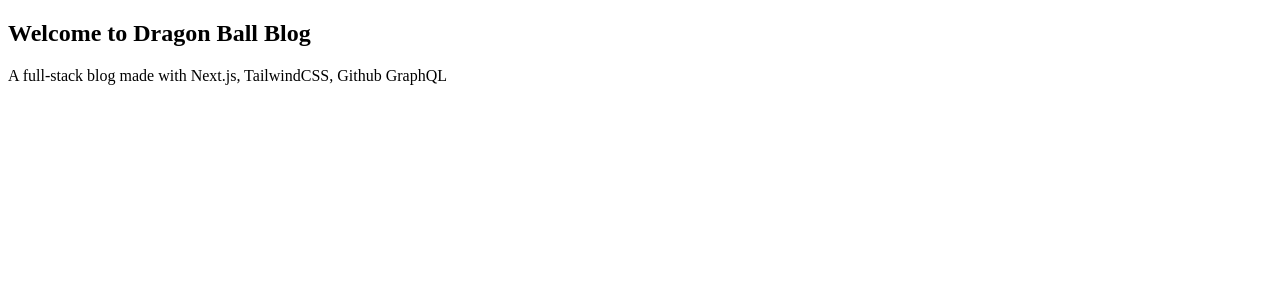
Repository: CarsonDev1/Blog-next
Page: /
These files come from the project's save history. The page is drawn as it stood at one moment and after the next save; the edit follows.
The browser window is 1280 px wide. The pictures show the whole page.
The project was rebuilt for these pictures with package versions that can differ from the ones it lists, and the page was loaded fresh each time. The framework's server and built-in components were replaced by stand-ins that run in the browser. Also part of the build but not shown: next.config.js.

Above is the page before, as saved 2023-04-24 21:13:47.

### pages/index.tsx
export default function Home() {
  return (
    <main className="w-screen h-screen overflow-auto flex flex-col items-center bg-zinc-800 text-neutral-300 font-poppins">
      <title>Home Page</title>
      <section>
        <div className="mt-3 text-center">
          <h1 className="text-[3rem]"> Welcome to Dragon Ball Blog </h1>
          <p>
            A full-stack blog made with Next.js, TailwindCSS, Github GraphQL
          </p>
        </div>
      </section>
    </main>
  )
}

Loaded but not shown: pages/_document.tsx (common file)

After the next save:
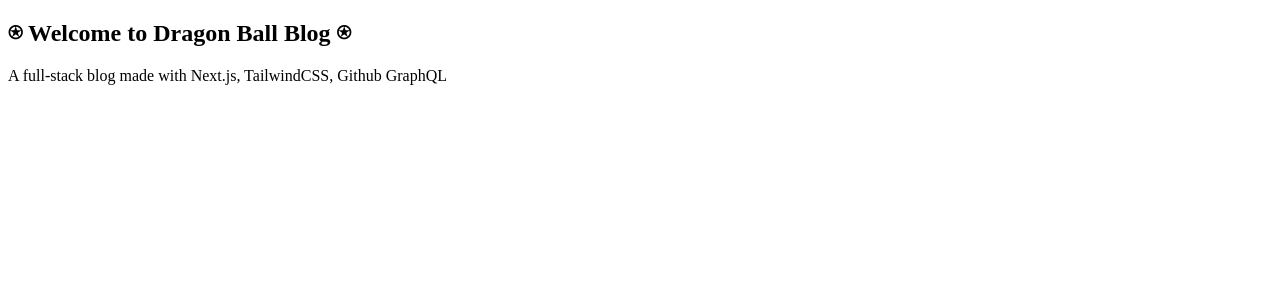
Saved 111 s later.
--- a/pages/index.tsx
+++ b/pages/index.tsx
@@ -4,7 +4,7 @@
       <title>Home Page</title>
       <section>
         <div className="mt-3 text-center">
-          <h1 className="text-[3rem]"> Welcome to Dragon Ball Blog </h1>
+          <h1 className="text-[3rem]">⍟ Welcome to Dragon Ball Blog ⍟</h1>
           <p>
             A full-stack blog made with Next.js, TailwindCSS, Github GraphQL
           </p>
